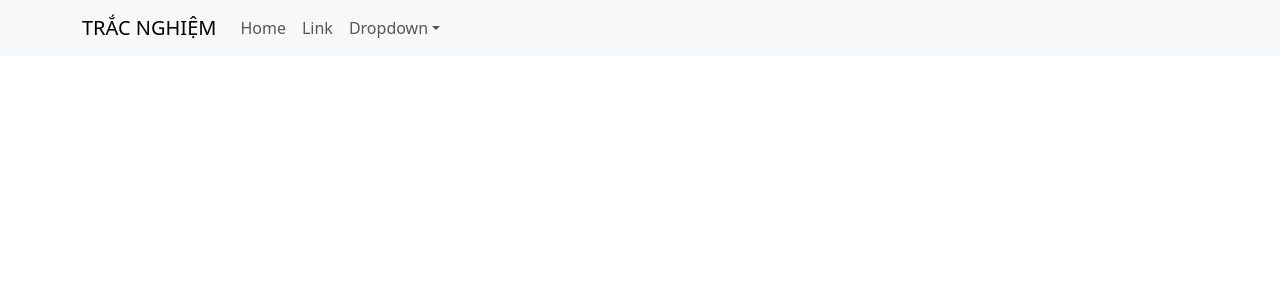
Repository: bichtram-1/webTN
Page: /
These files come from the project's save history. The page is drawn as it stood at one moment and after the next save; the edit follows.
The browser window is 1280 px wide. The pictures show the whole page.
The project was rebuilt for these pictures with package versions that can differ from the ones it lists, and the page was loaded fresh each time.

Above is the page before, as saved 2025-08-17 19:47:20.

### src/App.js
import './App.css';
import Header from './components/Header/Header';
const  App=()=> {
  return (
    <div className="App">
     <Header/>
    </div>
  );
}

export default App;

### src/components/Header/Header.js
import Container from 'react-bootstrap/Container';
import Nav from 'react-bootstrap/Nav';
import Navbar from 'react-bootstrap/Navbar';
import NavDropdown from 'react-bootstrap/NavDropdown';

const Header= () =>{
  return (
    <Navbar expand="lg" className="bg-body-tertiary">
      <Container>
        <Navbar.Brand href="#home">TRẮC NGHIỆM</Navbar.Brand>
        <Navbar.Toggle aria-controls="basic-navbar-nav" />
        <Navbar.Collapse id="basic-navbar-nav">
          <Nav className="me-auto">
            <Nav.Link href="#home">Home</Nav.Link>
            <Nav.Link href="#link">Link</Nav.Link>
            <NavDropdown title="Dropdown" id="basic-nav-dropdown">
              <NavDropdown.Item href="#action/3.1">Action</NavDropdown.Item>
              <NavDropdown.Item href="#action/3.2">
                Another action
              </NavDropdown.Item>
              <NavDropdown.Item href="#action/3.3">Something</NavDropdown.Item>
              <NavDropdown.Divider />
              <NavDropdown.Item href="#action/3.4">
                Separated link
              </NavDropdown.Item>
            </NavDropdown>
          </Nav>
        </Navbar.Collapse>
      </Container>
    </Navbar>
  );
}

export default Header;

Loaded but not shown: public/index.html (common file); src/index.js (common file); src/index.css (common file); src/reportWebVitals.js (common file); src/App.css (common file)

After the next save:
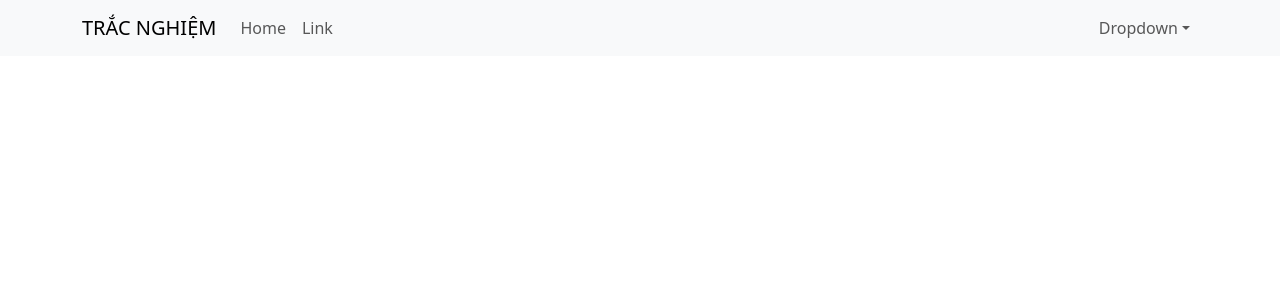
Saved 94 s later.
--- a/src/components/Header/Header.js
+++ b/src/components/Header/Header.js
@@ -13,7 +13,10 @@ const Header= () =>{
           <Nav className="me-auto">
             <Nav.Link href="#home">Home</Nav.Link>
             <Nav.Link href="#link">Link</Nav.Link>
-            <NavDropdown title="Dropdown" id="basic-nav-dropdown">
+
+          </Nav>
+          <Nav>
+             <NavDropdown title="Dropdown" id="basic-nav-dropdown">
               <NavDropdown.Item href="#action/3.1">Action</NavDropdown.Item>
               <NavDropdown.Item href="#action/3.2">
                 Another action
